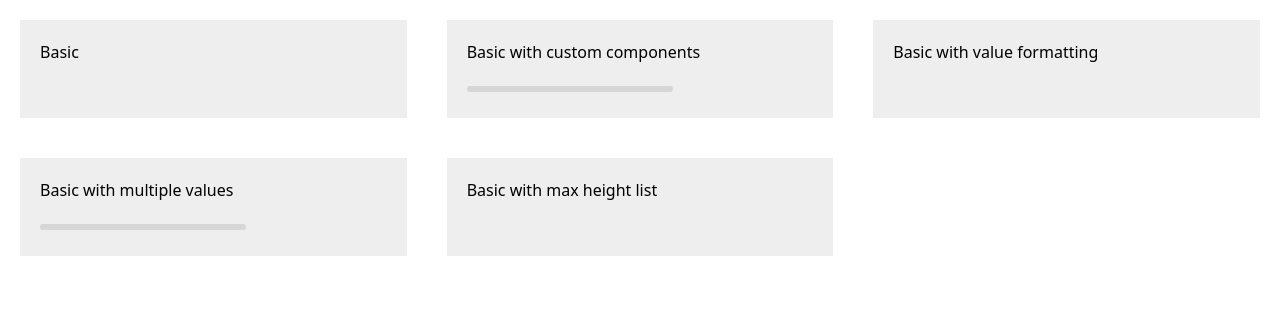
Repository: Frexity/frx-react
Page: / (app in ui/react-select/)
An editor plug-in stored every save of this project. The page is shown before and after the next save, followed by the edit.
The browser window is 1280 px wide. The pictures show the whole page.
Some web libraries are served in a nearby version. The project was rebuilt for these pictures with package versions that can differ from the ones it lists, and the page was loaded fresh each time. Also part of the build but not shown: ui/react-select/vite.config.ts, ui/react-select/src/CustomSelectComponents/ListLoadingIndicator.tsx, ui/react-select/src/dummy-components/ControlLoadingIndicator.tsx, ui/react-select/src/dummy-components/ListLoadingIndicator.tsx.

Above is the page before, as saved 2022-08-21 00:45:23.

### ui/react-select/index.html
<!DOCTYPE html>
<html lang="en">
  <head>
    <meta charset="UTF-8" />
    <link rel="icon" type="image/svg+xml" href="/vite.svg" />
    <meta name="viewport" content="width=device-width, initial-scale=1.0" />
    <title>React Select</title>
    <script src="https://cdn.tailwindcss.com/3.1.8"></script>
  </head>
  <body>
    <div id="root"></div>
    <script type="module" src="/src/main.tsx"></script>
  </body>
</html>

### ui/react-select/src/App.tsx
import './styles.css'

import { ClearIndicator } from './CustomSelectComponents/ClearIndicator'
import { Control } from './CustomSelectComponents/Control'
import { ListLoadingIndicator } from './CustomSelectComponents/ListLoadingIndicator'
import { Option } from './CustomSelectComponents/Option'
import { dummyComponents } from './dummy-components'
import { Select } from './Select'
import { AsyncSelect } from './Select/Async'

const options = [
  { label: 'Option 1', value: '1' },
  { label: 'Option 2', value: '2' },
  { label: 'Option 3', value: '3' },
  { label: 'Option 4', value: '4' },
  { label: 'Option 5', value: '5' },
  { label: 'Option 6', value: '6' },
  { label: 'Option 7', value: '7' },
  { label: 'Option 8', value: '8' },
  { label: 'Option 9', value: '9' },
  { label: 'Option 10', value: '10' },
]

const customComponents = {
  Option,
  Control,
  ClearIndicator,
  ListLoadingIndicator,
}

export default function App() {
  return (
    <div className="cards">
      <div className="card">
        <h3>Basic</h3>
        <Select options={options} components={dummyComponents} />
      </div>
      <div className="card">
        <h3>Basic with custom components</h3>
        <Select options={options} components={customComponents} />
      </div>
      <div className="card">
        <h3>Basic with value formatting</h3>
        <Select
          options={options}
          components={dummyComponents}
          valueFormatter={(value) => {
            return value ? `This is value: ${value}` : null
          }}
        />
      </div>
      <div className="card">
        <h3>Basic with multiple values</h3>
        <Select options={options} components={customComponents} canSelectMultipleValues />
      </div>
      {/* <div className="card">
        <h3>TODO: Basic with initial value</h3>
        <Select options={options} components={customComponents} canSelectMultipleValues />
      </div> */}
      <div className="card">
        <h3>Basic with max height list</h3>
        <Select
          options={options}
          components={dummyComponents}
          optionsListProps={{
            maxHeight: 150,
          }}
        />
      </div>
      {/* <div className="card">
        <h3>Async</h3>
        <AsyncSelect
          options={options}
          components={dummyComponents}
          asyncOptions={{
            url: 'https://jsonplaceholder.typicode.com/albums',
            startPage: 0,
            perPage: 4,
            queryAttribute: 'page',
            labelAttribute: 'title',
            valueAttribute: 'id',
            loadOnMount: true,
          }}
        />
      </div> */}
      {/* <div className="card">
        <h3>TODO: Async with initial value</h3>
        <AsyncSelect
          options={options}
          components={dummyComponents}
          asyncOptions={{
            url: 'https://jsonplaceholder.typicode.com/albums',
            startPage: 0,
            perPage: 4,
            queryAttribute: 'page',
            labelAttribute: 'title',
            valueAttribute: 'id',
            loadOnMount: true,
          }}
        />
      </div> */}
    </div>
  )
}

### ui/react-select/src/styles.css
.dropdown {
  position: fixed;
  border: 1px solid red;
  display: none;
  z-index: 1;
  background: white;
}

input:focus + .dropdown {
  display: block;
}

.card {
  margin: 20px;
  padding: 20px;
  background-color: #eee;
  overflow: hidden;
  overflow-y: scroll;
}

h3 {
  margin-bottom: 10px;
}

.cards {
  display: grid;
  grid-template-columns: repeat(auto-fill, minmax(400px, 1fr));
}

### ui/react-select/src/CustomSelectComponents/ClearIndicator.tsx
import { memo } from 'react'
import { ClearIndicatorComponentProps } from '../Select/types'

export const ClearIndicator = memo(({ clearIndicatorContainerStyles, onClick }: ClearIndicatorComponentProps) => {
  return (
    <div style={clearIndicatorContainerStyles} onClick={onClick}>
      <svg viewBox="0 0 460.775 460.775" style={{ width: 12, height: 12 }}>
        <path
          fill="#66f"
          d="M285.08,230.397L456.218,59.27c6.076-6.077,6.076-15.911,0-21.986L423.511,4.565c-2.913-2.911-6.866-4.55-10.992-4.55  c-4.127,0-8.08,1.639-10.993,4.55l-171.138,171.14L59.25,4.565c-2.913-2.911-6.866-4.55-10.993-4.55  c-4.126,0-8.08,1.639-10.992,4.55L4.558,37.284c-6.077,6.075-6.077,15.909,0,21.986l171.138,171.128L4.575,401.505  c-6.074,6.077-6.074,15.911,0,21.986l32.709,32.719c2.911,2.911,6.865,4.55,10.992,4.55c4.127,0,8.08-1.639,10.994-4.55  l171.117-171.12l171.118,171.12c2.913,2.911,6.866,4.55,10.993,4.55c4.128,0,8.081-1.639,10.992-4.55l32.709-32.719  c6.074-6.075,6.074-15.909,0-21.986L285.08,230.397z"
        />
      </svg>
    </div>
  )
})

### ui/react-select/src/CustomSelectComponents/Control.tsx
import { ControlComponentProps } from '../Select/types'

export const Control = ({ controlStyles, children }: ControlComponentProps) => {
  return (
    <div
      style={{
        ...controlStyles,
        borderRadius: 5,
        padding: 3,
        backgroundColor: '#d6d6d6',
      }}
    >
      {children}
    </div>
  )
}

### ui/react-select/src/CustomSelectComponents/Option.tsx
import { memo } from 'react'
import { OptionComponentProps } from '../Select/types'

export const Option = memo(({ isSelected, label, onSelect }: OptionComponentProps) => {


  return (
    <li className="text-gray-900 cursor-pointer py-2 pl-3 pr-9 hover:bg-sky-300" onClick={onSelect}>
      <div className="flex items-center">
        <img
          src="https://images.unsplash.com/photo-1491528323818-fdd1faba62cc?ixlib=rb-1.2.1&ixid=eyJhcHBfaWQiOjEyMDd9&auto=format&fit=facearea&facepad=2&w=256&h=256&q=80"
          alt=""
          className="flex-shrink-0 h-6 w-6 rounded-full"
        />
        <span className={`${isSelected ? 'font-bold text-blue-700' : 'font-normal'} ml-3 block truncate`}>{label}</span>
      </div>
    </li>
  )
})

### ui/react-select/src/dummy-components/index.ts
import { Control } from './Control'
import { ClearIndicator } from './ClearIndicator'
import { ControlLoadingIndicator } from './ControlLoadingIndicator'
import { ListLoadingIndicator } from './ListLoadingIndicator'
import { Option } from './Option'

export const dummyComponents = {
  Control,
  ClearIndicator,
  ControlLoadingIndicator,
  ListLoadingIndicator,
  Option,
}

### ui/react-select/src/Select/index.tsx
import { InnerSelect } from './common'
import { SelectProvider } from './Context'
import { OutsideClickHandler } from './OutsideClickHandler'
import { SelectProps } from './types'

export const Select = ({
  valueFormatter,
  options,
  components,
  optionsDropdownProps,
  optionsListProps,
  canSelectMultipleValues,
}: Omit<SelectProps, 'asyncOptions'>) => {
  // const [o, setO] = useState(options);

  // Test setting options from outside the context/component
  /*
  useEffect(() => {
    setTimeout(() => {
      setO([{ label: "New", value: "x" }]);
    }, 2000);
  }, []);
  console.log({ o });
  */

  return (
    <SelectProvider value={{ options }}>
      <OutsideClickHandler>
        <InnerSelect
          valueFormatter={valueFormatter}
          components={components}
          optionsDropdownProps={optionsDropdownProps}
          optionsListProps={optionsListProps}
          canSelectMultipleValues={canSelectMultipleValues}
        />
      </OutsideClickHandler>
    </SelectProvider>
  )
}

### ui/react-select/src/dummy-components/Control.tsx
import { ControlComponentProps } from '../Select/types'

export const Control = ({ controlStyles, children }: ControlComponentProps) => {
  return <div style={controlStyles}>{children}</div>
}

### ui/react-select/src/dummy-components/ClearIndicator.tsx
import { memo } from 'react'
import { ClearIndicatorComponentProps } from '../Select/types'

export const ClearIndicator = memo(({ clearIndicatorContainerStyles, onClick }: ClearIndicatorComponentProps) => {
  return (
    <div style={clearIndicatorContainerStyles} onClick={onClick}>
      X
    </div>
  )
})

### ui/react-select/src/dummy-components/Option.tsx
import { memo } from 'react'
import { OptionComponentProps } from '../Select/types'

export const Option = memo(({ isSelected, label, onSelect }: OptionComponentProps) => {
  return (
    <div style={{ fontWeight: isSelected ? 'bold' : 'normal' }} onClick={onSelect}>
      {label}
    </div>
  )
})

### ui/react-select/src/Select/common.tsx
import { useContext } from 'react'
import { SelectProps } from './types'
import { ClearIndicator } from './ClearIndicator'
import { SelectContext } from './Context'
import { Input } from './Input'
import { Options } from './Options'
import { OptionsDropdown } from './OptionsDropdown'
import { OptionsList } from './OptionsList'
import { selectStyles } from './styles'

export const InnerSelect = ({
  valueFormatter,
  components,
  optionsDropdownProps,
  optionsListProps,
  asyncOptions,
  AsyncHandler,
  canSelectMultipleValues,
}: Omit<SelectProps, 'options'> & { AsyncHandler?: any }) => {
  const { state } = useContext<any>(SelectContext)

  return (
    <>
      <components.Control controlStyles={selectStyles.control}>
        <Input valueFormatter={valueFormatter} />
        {components.ClearIndicator && <ClearIndicator ClearIndicatorComponent={components.ClearIndicator} />}
        {components.ControlLoadingIndicator && <components.ControlLoadingIndicator isVisible={state.isLoading} />}
      </components.Control>
      <OptionsDropdown optionsDropdownProps={optionsDropdownProps}>
        {components.ListLoadingIndicator && (
          <components.ListLoadingIndicator isVisible={state.isOpen && state.isLoading} />
        )}
        <OptionsList optionsListProps={optionsListProps} isAsync={!!asyncOptions}>
          <Options OptionComponent={components.Option} canSelectMultipleValues={canSelectMultipleValues} />
        </OptionsList>
      </OptionsDropdown>
      {AsyncHandler && <AsyncHandler asyncOptions={asyncOptions} />}
    </>
  )
}

### ui/react-select/src/Select/Context.tsx
import React, { useReducer, createContext, useId, useEffect, PropsWithChildren } from 'react'

function reducer(state: any, action: any) {
  return { ...state, ...action }
}

const SelectContext = createContext({}) as any

const SelectProvider = ({ children, value }: PropsWithChildren<{ value: any }>) => {
  const inputElementId = useId()
  const listElementId = useId()
  const dropdownElementId = useId()

  const initialState = {
    isOpen: false,
    hasReachedBottom: false,
    isLoading: false,
    inputElementId,
    dropdownElementId,
    listElementId,
    options: value.options,
    selectedValues: null,
  }
  const [state, dispatch] = useReducer(reducer, initialState)
  const store = React.useMemo(() => ({ state, dispatch }), [state])

  /*
  TODO:
  - Get scroll ref, to scrollToTop when it opens
  */

  // Update options when they come from the outside
  useEffect(() => {
    dispatch({ options: value.options })
  }, [value.options])

  return <SelectContext.Provider value={store}>{children}</SelectContext.Provider>
}

export { SelectContext, SelectProvider }

### ui/react-select/src/Select/OutsideClickHandler.tsx
import { memo, ReactNode, useContext, useEffect, useRef } from 'react'
import { SelectContext } from './Context'

interface OutsideClickHandlerProps {
  children: ReactNode
}

const useOutsideClick = (callback: any) => {
  const ref = useRef<any>()

  useEffect(() => {
    const handleClick = (event: MouseEvent) => {
      if (ref.current && !ref.current.contains(event.target)) {
        callback()
      }
    }

    document.addEventListener('mousedown', handleClick, true)

    return () => {
      document.removeEventListener('mousedown', handleClick, true)
    }
  }, [ref, callback])

  return ref
}

export const OutsideClickHandler = memo(({ children }: OutsideClickHandlerProps) => {
  const { dispatch } = useContext<any>(SelectContext)

  const ref = useOutsideClick(() => {
    dispatch({ isOpen: false })
  })

  return <span ref={ref}>{children}</span>
})

### ui/react-select/src/Select/ClearIndicator.tsx
import { ComponentType, useCallback, useContext } from 'react'
import { SelectContext } from './Context'

import { selectStyles } from './styles'
import { ClearIndicatorComponentProps } from './types'

interface ClearIndicatorProps {
  ClearIndicatorComponent: ComponentType<ClearIndicatorComponentProps>
}

export const ClearIndicator = ({ ClearIndicatorComponent }: ClearIndicatorProps) => {
  const { state, dispatch } = useContext<any>(SelectContext)

  const handleClick = useCallback(() => {
    dispatch({ selectedValue: null })
  }, [dispatch])

  return (
    <span style={{ display: state.selectedValues ? 'initial' : 'none' }}>
      <ClearIndicatorComponent
        onClick={handleClick}
        selectedValues={state.selectedValues}
        clearIndicatorContainerStyles={selectStyles.clearIndicator}
      />
    </span>
  )
}

### ui/react-select/src/Select/Input.tsx
import { useContext, useCallback, memo } from 'react'
import { SelectContext } from './Context'
import { SelectProps } from './types'

interface InnerInputProps {
  valueFormatter: SelectProps['valueFormatter']
  selectedValues: string
  id: string
  onFocus: () => void
}

const InnerInput = memo(({ valueFormatter, selectedValues, id, onFocus }: InnerInputProps) => {
  const formattedValue = valueFormatter ? valueFormatter(selectedValues) : selectedValues

  return (
    <div
      id={id}
      // type="text"
      // placeholder="hej"
      onFocus={onFocus}
      // value={formattedValue || ''}
      style={{ width: 200, backgroundColor: '#fff' }}
    >
      {formattedValue}
    </div>
  )
})

export const Input = memo(({ valueFormatter }: Pick<SelectProps, 'valueFormatter'>) => {
  const { state, dispatch } = useContext<any>(SelectContext)

  const onFocus = useCallback(() => {
    dispatch({ isOpen: true })
  }, [dispatch])

  return (
    <InnerInput
      selectedValues={state.selectedValues}
      id={state.inputElementId}
      onFocus={onFocus}
      valueFormatter={valueFormatter}
    />
  )
})

### ui/react-select/src/Select/Options.tsx
import { memo, useCallback, useContext } from 'react'
import { SelectContext } from './Context'
import { OptionType, SelectComponents } from './types'
import { toggleValue } from './utils'

interface InnerOptionsProps {
  OptionComponent: any
  onSelect: any
  options: any
  selectedValues: any
}

const InnerOptions = memo(({ selectedValues, options, onSelect, OptionComponent }: InnerOptionsProps) => {
  return (
    <>
      {options.map((option: OptionType) => {
        const isSelected = selectedValues === option.value
        return (
          <OptionComponent
            key={option.value}
            label={option.label}
            value={option.value}
            isSelected={isSelected}
            onSelect={() => {
              onSelect(option.value)
            }}
          />
        )
      })}
    </>
  )
})

interface OptionsProps {
  OptionComponent: SelectComponents['Option']
  canSelectMultipleValues: boolean | undefined
}

export const Options = ({ OptionComponent, canSelectMultipleValues }: OptionsProps) => {
  const { state, dispatch } = useContext<any>(SelectContext)

  const onSelect = useCallback(
    (value: string) => {
      if (canSelectMultipleValues) {
        const newValues = toggleValue({ value, selectedValues: state.selectedValues })
        dispatch({ selectedValues: newValues, isOpen: false })
        return
      }
      dispatch({ selectedValues: value, isOpen: false })
    },
    [dispatch, state.selectedValues, canSelectMultipleValues],
  )

  return (
    <InnerOptions
      options={state.options}
      OptionComponent={OptionComponent}
      selectedValues={state.selectedValues}
      onSelect={onSelect}
    />
  )
}

### ui/react-select/src/Select/OptionsDropdown.tsx
import { SelectContext } from './Context'
import { ReactNode, useContext, useEffect } from 'react'

import { getScrollParent, normalizedHeight, setMenuPosition } from './utils'
import { SelectProps } from './types'

interface OptionsDropdownProps {
  children: ReactNode
  optionsDropdownProps?: SelectProps['optionsDropdownProps']
}

export const OptionsDropdown = ({ children }: OptionsDropdownProps) => {
  const { state } = useContext<any>(SelectContext)

  // TODO: Reposition on window resize
  useEffect(() => {
    // TODO: Get unique ID instead
    const dropdown = document.getElementById(state.dropdownElementId)
    if (!dropdown) {
      return
    }

    const input = document.getElementById(state.inputElementId)
    if (!input) {
      return
    }
    if (!state.isOpen) {
      dropdown.style.display = 'none'
      return
    }

    const parent = getScrollParent(input)

    const style = getComputedStyle(input)

    const borderTopWidth = parseInt(style.borderTopWidth, 10) || 0
    const borderLeftWidth = parseInt(style.borderLeftWidth, 10) || 0
    const borderBottomWidth = parseInt(style.borderBottomWidth, 10) || 0
    const inputHeight = normalizedHeight(input) + borderTopWidth + borderBottomWidth

    setMenuPosition(dropdown, input, inputHeight, borderLeftWidth)

    function scrollEventHandler(this: HTMLElement) {
      if (!dropdown) {
        return
      }
      setMenuPosition(dropdown, this, inputHeight, borderLeftWidth)
    }

    parent.addEventListener('scroll', scrollEventHandler.bind(input))

    dropdown.style.display = 'initial'
  }, [state.isOpen, state.inputElementId, state.dropdownElementId])

  return (
    <div className="dropdown" id={state.dropdownElementId}>
      {children}
    </div>
  )
}

### ui/react-select/src/Select/OptionsList.tsx
import { SelectContext } from './Context'
import { useContext, memo, useCallback, useEffect, PropsWithChildren } from 'react'
import { scrollIsAtBottom } from './utils'
import { SelectProps } from './types'

interface InnerOptionsListProps {
  isAsync: boolean
  optionsListProps: SelectProps['optionsListProps']
  onReachedBottom: (() => void) | undefined
  listElementId: string
}

const InnerOptionsList = memo(
  ({
    children,
    isAsync,
    optionsListProps,
    onReachedBottom,
    listElementId,
  }: PropsWithChildren<InnerOptionsListProps>) => {
    useEffect(() => {
      if (!isAsync) {
        return
      }
      const element = document.getElementById(listElementId)
      if (!element) {
        return
      }

      function checkIfAtBottom() {
        if (element && scrollIsAtBottom(element)) {
          onReachedBottom && onReachedBottom()
        }
      }
      element.addEventListener('scroll', checkIfAtBottom)

      return () => {
        element.removeEventListener('scroll', checkIfAtBottom)
      }
    }, [onReachedBottom, listElementId, isAsync])

    return (
      <div
        id={listElementId}
        style={{
          maxHeight: optionsListProps?.maxHeight || 'unset',
          overflowY: optionsListProps?.maxHeight ? 'scroll' : 'unset',
        }}
      >
        <ul>{children}</ul>
      </div>
    )
  },
)

interface OptionsListProps {
  isAsync: boolean
  optionsListProps: any
}

export const OptionsList = ({ children, optionsListProps, isAsync }: PropsWithChildren<OptionsListProps>) => {
  const { state, dispatch } = useContext<any>(SelectContext)

  const onReachedBottom = useCallback(() => {
    if (state.hasReachedBottom) {
      return
    }
    dispatch({ hasReachedBottom: true })
  }, [dispatch, state.hasReachedBottom])

  return (
    <InnerOptionsList
      isAsync={isAsync}
      optionsListProps={optionsListProps}
      onReachedBottom={isAsync ? onReachedBottom : undefined}
      listElementId={state.listElementId}
    >
      {children}
    </InnerOptionsList>
  )
}

### ui/react-select/src/Select/styles.ts
export const selectStyles = {
  clearIndicator: {
    position: 'absolute',
    top: 0,
    right: 0,
    bottom: 0,
    display: 'flex',
    padding: '0 7px',
    justifyContent: 'center',
    alignItems: 'center',
    cursor: 'pointer',
  },
  control: {
    position: 'relative',
    display: 'inline-block',
  },
}

### ui/react-select/src/Select/utils.ts
export function getScrollParent(element: HTMLElement) {
  let style = window.getComputedStyle(element)
  const excludeStaticParent = style.position === 'absolute'
  const overflowRx = /(auto|scroll)/
  const documentElement = document.documentElement

  if (style.position === 'fixed') {
    return documentElement
  }

  // eslint-disable-next-line @typescript-eslint/ban-ts-comment
  // @ts-ignore
  for (let parent = element; (parent = parent.parentElement); ) {
    style = window.getComputedStyle(parent)
    if (excludeStaticParent && style.position === 'static') {
      continue
    }
    if (overflowRx.test(style.overflow + style.overflowY + style.overflowX)) {
      return parent
    }
  }

  return documentElement
}

export function getScrollTop(el: HTMLElement) {
  if (isDocumentElement(el)) {
    return window.scrollY
  }
  return el.scrollTop
}

export function normalizedHeight(el: HTMLElement) {
  if (isDocumentElement(el)) {
    return window.innerHeight
  }

  return el.clientHeight
}

export function isDocumentElement(el: HTMLElement) {
  return [document.documentElement, document.body, window].indexOf(el) > -1
}

// https://github.com/JedWatson/react-select/blob/b0411ff46bc1ecf45d9bca4fb58fbce1e57f847c/packages/react-select/src/internal/useScrollCapture.js

export function setMenuPosition(dropdown: HTMLElement, element: HTMLElement, inputHeight: number, leftOffset: number) {
  // Done with JS instead of React, otherwise it will lag behind
  const offset = element.getBoundingClientRect()
  const top = offset.top
  const left = offset.left
  dropdown.style.top = `${top + inputHeight}px`
  dropdown.style.left = `${left + leftOffset}px`
}

export function scrollIsAtBottom(node: HTMLElement) {
  return node.scrollTop + node.offsetHeight === node.scrollHeight
}

export function sleep(ms: number) {
  return new Promise((resolve) => setTimeout(resolve, ms))
}

export function toggleValue({ value, selectedValues }: { value: string; selectedValues: string[] | null }) {
  const wrappedSelectedValues = selectedValues ? [...selectedValues] : []
  if (wrappedSelectedValues.includes(value)) {
    return wrappedSelectedValues.filter((v) => v !== value)
  }
  return [...wrappedSelectedValues, value]
}

Loaded but not shown: ui/react-select/src/main.tsx (common file)

After the next save:
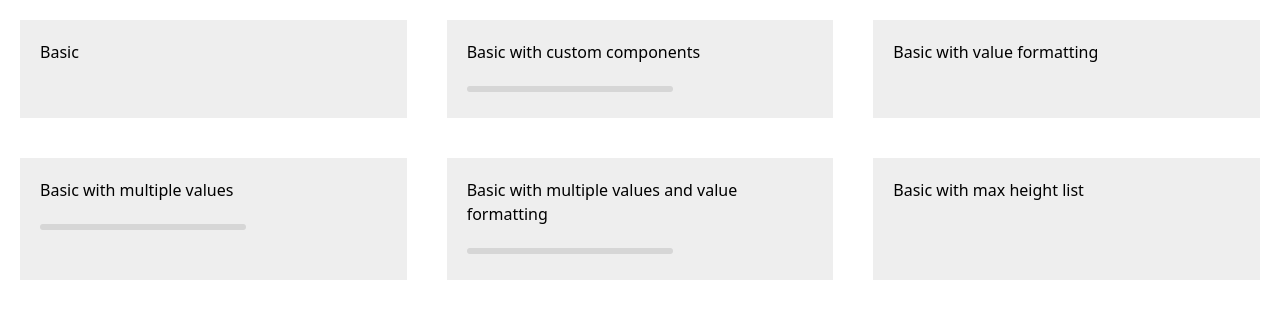
Saved 102 s later.
--- a/ui/react-select/src/App.tsx
+++ b/ui/react-select/src/App.tsx
@@ -53,6 +53,17 @@ export default function App() {
         <h3>Basic with multiple values</h3>
         <Select options={options} components={customComponents} canSelectMultipleValues />
       </div>
+      <div className="card">
+        <h3>Basic with multiple values and value formatting</h3>
+        <Select
+          options={options}
+          components={customComponents}
+          canSelectMultipleValues
+          valueFormatter={(value) => {
+            return value ? `This is value: ${value}` : null
+          }}
+        />
+      </div>
       {/* <div className="card">
         <h3>TODO: Basic with initial value</h3>
         <Select options={options} components={customComponents} canSelectMultipleValues />
